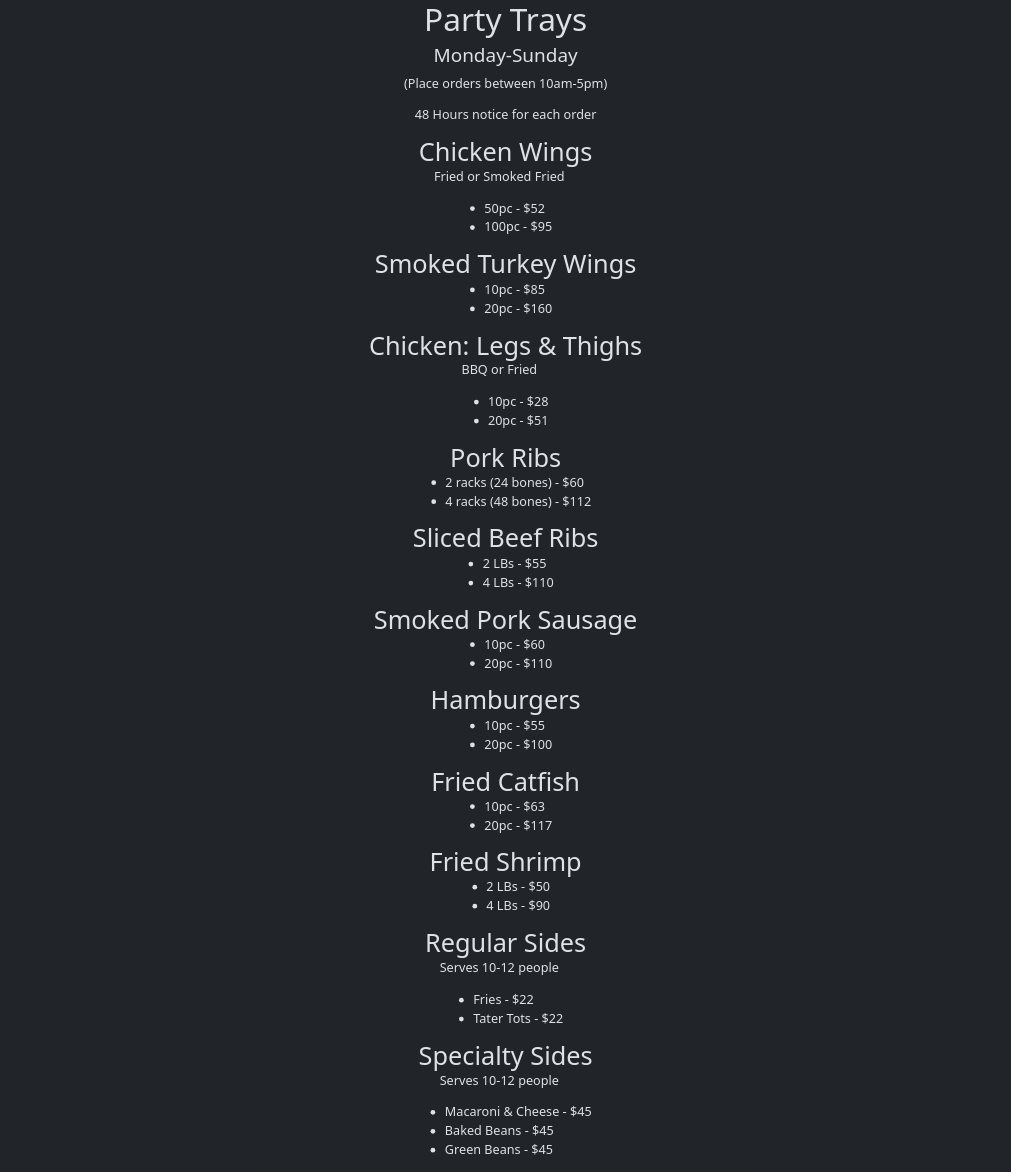
Repository: dukedward/smokehousemenu
Page: trays/index.html
An editor plug-in stored every save of this project. The page is shown before and after the next save, followed by the edit.
The browser window is 1280 px wide. The pictures show the whole page, at 79% of full size.
Some web libraries are served in a nearby version.

Above is the page before, as saved 2023-03-01 09:18:44.

### trays/index.html
<!DOCTYPE html>
<html lang="en" data-bs-theme="dark">
<head>
    <meta charset="UTF-8">
    <meta http-equiv="X-UA-Compatible" content="IE=edge">
    <meta name="viewport" content="width=device-width, initial-scale=1.0">
    <link rel="stylesheet" href="https://cdnjs.cloudflare.com/ajax/libs/font-awesome/6.3.0/css/all.min.css" integrity="sha512-SzlrxWUlpfuzQ+pcUCosxcglQRNAq/DZjVsC0lE40xsADsfeQoEypE+enwcOiGjk/bSuGGKHEyjSoQ1zVisanQ==" crossorigin="anonymous" referrerpolicy="no-referrer" />
    <link href="https://cdn.jsdelivr.net/npm/bootstrap@5.3.0-alpha1/dist/css/bootstrap.min.css" rel="stylesheet" integrity="sha384-GLhlTQ8iRABdZLl6O3oVMWSktQOp6b7In1Zl3/Jr59b6EGGoI1aFkw7cmDA6j6gD" crossorigin="anonymous">
    <link rel="stylesheet" href="../style.css" />
    <title>Party Trays</title>
</head>
<body>
    <div class="title">
        <h1>Party Trays</h1>
        <h4>Monday-Sunday</h4>
        <p>(Place orders between 10am-5pm)</p>
        <p>48 Hours notice for each order</p>
    </div>
    <div class="sections">
        <div class="sect">
            <h2>Chicken Wings</h2>
            <div class="desc">
                <p>Fried or Smoked Fried</p>
            </div>
            <ul>
                <li>50pc - $52</li>
                <li>100pc - $95</li>
            </ul>
        </div>
        <div class="sect">
            <h2>Smoked Turkey Wings</h2>
            <ul>
                <li>10pc - $85</li>
                <li>20pc - $160</li>
            </ul>
        </div>
        <div class="sect">
            <h2>Chicken: Legs & Thighs</h2>
            <div class="desc">
                <p>BBQ or Fried</p>
            </div>
            <ul>
                <li>10pc - $28</li>
                <li>20pc - $51</li>
            </ul>
        </div>
        <div class="sect">
            <h2>Pork Ribs</h2>
            <ul>
                <li>2 racks (24 bones) - $60</li>
                <li>4 racks (48 bones) - $112</li>
            </ul>
        </div>
        <div class="sect">
            <h2>Sliced Beef Ribs</h2>
            <ul>
                <li>2 LBs - $55</li>
                <li>4 LBs - $110</li>
            </ul>
        </div>
        <div class="sect">
            <h2>Smoked Pork Sausage</h2>
            <ul>
                <li>10pc - $60</li>
                <li>20pc - $110</li>
            </ul>
        </div>
        <div class="sect">
            <h2>Hamburgers</h2>
            <ul>
                <li>10pc - $55</li>
                <li>20pc - $100</li>
            </ul>
        </div>
        <div class="sect">
            <h2>Fried Catfish</h2>
            <ul>
                <li>10pc - $63</li>
                <li>20pc - $117</li>
            </ul>
        </div>
        <div class="sect">
            <h2>Fried Shrimp</h2>
            <ul>
                <li>2 LBs - $50</li>
                <li>4 LBs - $90</li>
            </ul>
        </div>
        <div class="sect">
            <h2>Regular Sides</h2>
            <div class="desc">
                <p>Serves 10-12 people</p>
            </div>
            <ul>
                <li>Fries - $22</li>
                <li>Tater Tots - $22</li>
            </ul>
        </div>
        <div class="sect">
            <h2>Specialty Sides</h2>
            <div class="desc">
                <p>Serves 10-12 people</p>
            </div>
            <ul>
                <li>Macaroni & Cheese - $45</li>
                <li>Baked Beans - $45</li>
                <li>Green Beans - $45</li>
            </ul>
        </div>
    </div>
    <script src="https://cdn.jsdelivr.net/npm/bootstrap@5.3.0-alpha1/dist/js/bootstrap.bundle.min.js" integrity="sha384-w76AqPfDkMBDXo30jS1Sgez6pr3x5MlQ1ZAGC+nuZB+EYdgRZgiwxhTBTkF7CXvN" crossorigin="anonymous"></script>
</body>
</html>

### style.css
/* * {
	margin: 0;
	padding: 0;
} */

/* body {
    background-color: #212529;
}




.title h1,h2,p {
    margin-bottom: 0;
}


dt {
    font-size: medium;
    font-weight: bold;
}

dd {
    margin-bottom: 1rem;
}

h1,h2,h3,ul,li,p {
    color: #fff;
} */

.container {
    height: 100vh;
}

.title {
	display: flex;
	flex-direction: column;
	justify-content: center;
	align-items: center;
}

.sections {
	display: grid;
}

.sect, .sub-sect {
	display: flex;
	flex-direction: column;
	justify-content: left;
	align-items: center;
}

.sect h2,h3 {
    margin-bottom: 0;
}

.desc {
    display: flex;
    flex-direction: row;
    justify-content: space-between;
}

.desc p {
    padding-right: 1rem;
}

After the next save:
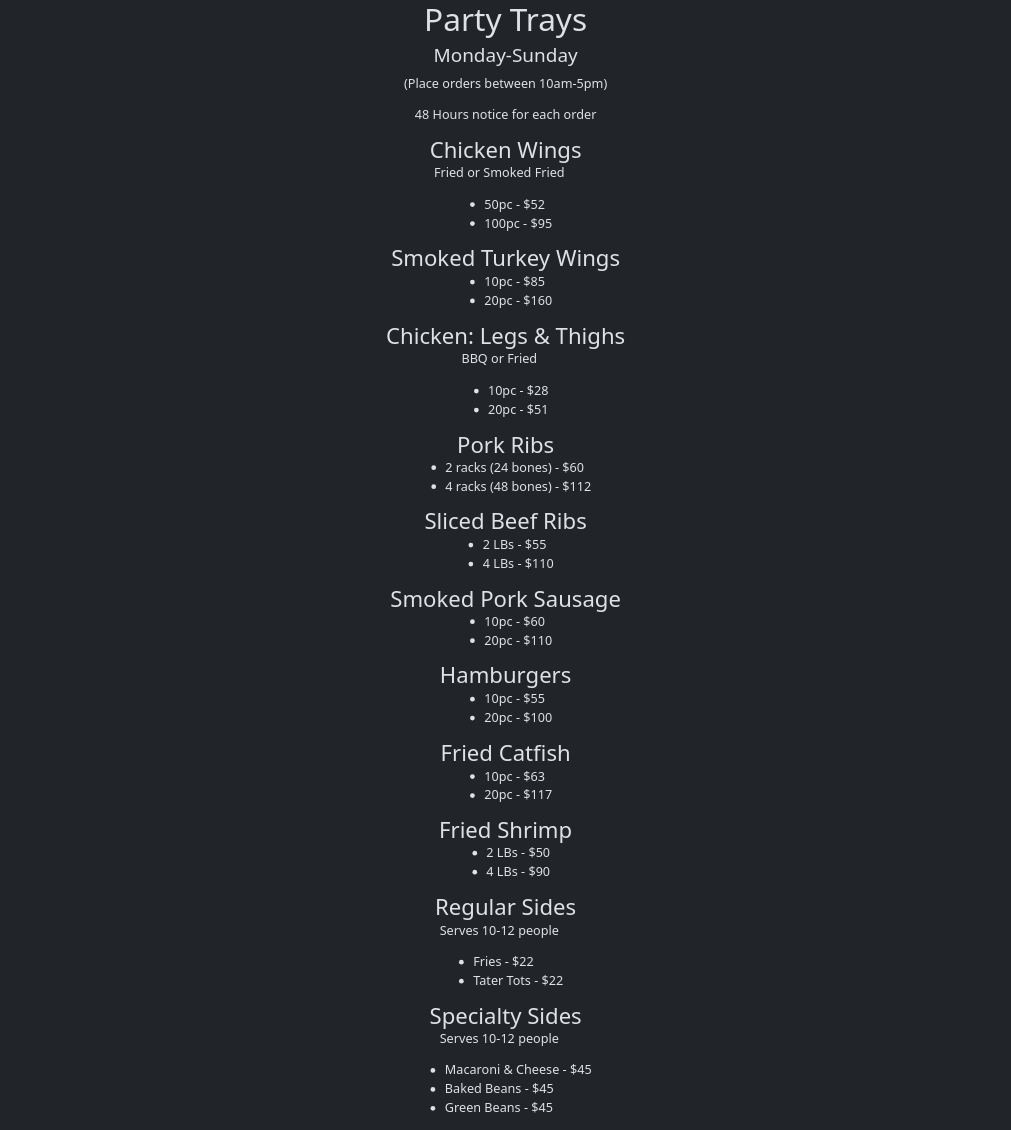
Saved 27 s later.
--- a/trays/index.html
+++ b/trays/index.html
@@ -18,7 +18,7 @@
     </div>
     <div class="sections">
         <div class="sect">
-            <h2>Chicken Wings</h2>
+            <h3>Chicken Wings</h3>
             <div class="desc">
                 <p>Fried or Smoked Fried</p>
             </div>
@@ -28,14 +28,14 @@
             </ul>
         </div>
         <div class="sect">
-            <h2>Smoked Turkey Wings</h2>
+            <h3>Smoked Turkey Wings</h3>
             <ul>
                 <li>10pc - $85</li>
                 <li>20pc - $160</li>
             </ul>
         </div>
         <div class="sect">
-            <h2>Chicken: Legs & Thighs</h2>
+            <h3>Chicken: Legs & Thighs</h3>
             <div class="desc">
                 <p>BBQ or Fried</p>
             </div>
@@ -45,49 +45,49 @@
             </ul>
         </div>
         <div class="sect">
-            <h2>Pork Ribs</h2>
+            <h3>Pork Ribs</h3>
             <ul>
                 <li>2 racks (24 bones) - $60</li>
                 <li>4 racks (48 bones) - $112</li>
             </ul>
         </div>
         <div class="sect">
-            <h2>Sliced Beef Ribs</h2>
+            <h3>Sliced Beef Ribs</h3>
             <ul>
                 <li>2 LBs - $55</li>
                 <li>4 LBs - $110</li>
             </ul>
         </div>
         <div class="sect">
-            <h2>Smoked Pork Sausage</h2>
+            <h3>Smoked Pork Sausage</h3>
             <ul>
                 <li>10pc - $60</li>
                 <li>20pc - $110</li>
             </ul>
         </div>
         <div class="sect">
-            <h2>Hamburgers</h2>
+            <h3>Hamburgers</h3>
             <ul>
                 <li>10pc - $55</li>
                 <li>20pc - $100</li>
             </ul>
         </div>
         <div class="sect">
-            <h2>Fried Catfish</h2>
+            <h3>Fried Catfish</h3>
             <ul>
                 <li>10pc - $63</li>
                 <li>20pc - $117</li>
             </ul>
         </div>
         <div class="sect">
-            <h2>Fried Shrimp</h2>
+            <h3>Fried Shrimp</h3>
             <ul>
                 <li>2 LBs - $50</li>
                 <li>4 LBs - $90</li>
             </ul>
         </div>
         <div class="sect">
-            <h2>Regular Sides</h2>
+            <h3>Regular Sides</h3>
             <div class="desc">
                 <p>Serves 10-12 people</p>
             </div>
@@ -97,7 +97,7 @@
             </ul>
         </div>
         <div class="sect">
-            <h2>Specialty Sides</h2>
+            <h3>Specialty Sides</h3>
             <div class="desc">
                 <p>Serves 10-12 people</p>
             </div>
